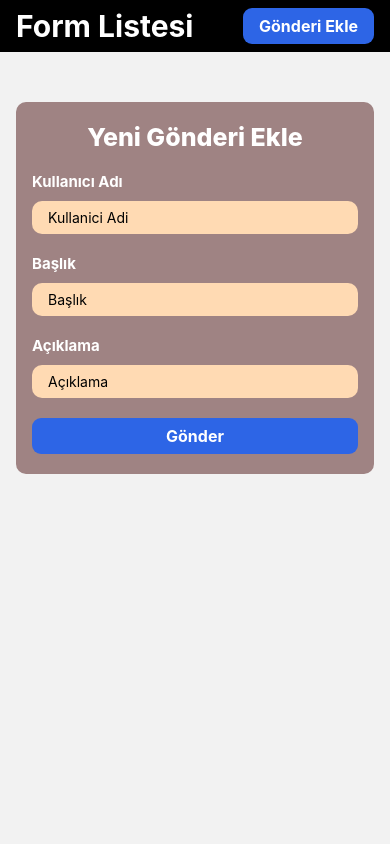
Repository: Kubraaygun/FirebaseRN
Screen: /
These files come from the project's save history. The screen is drawn as it stood at one moment and after the next save; the edit follows.
The app was drawn by React Native's web renderer in a window 390 px wide. The project was rebuilt for these pictures with package versions that can differ from the ones it lists, and the page was loaded fresh each time. Also part of the build but not shown: src/screens/ListPost/ListPostView.jsx, src/screens/ListPost/ListPostController.jsx.

Above is the screen before, as saved 2025-01-20 20:53:29.

After the next save:
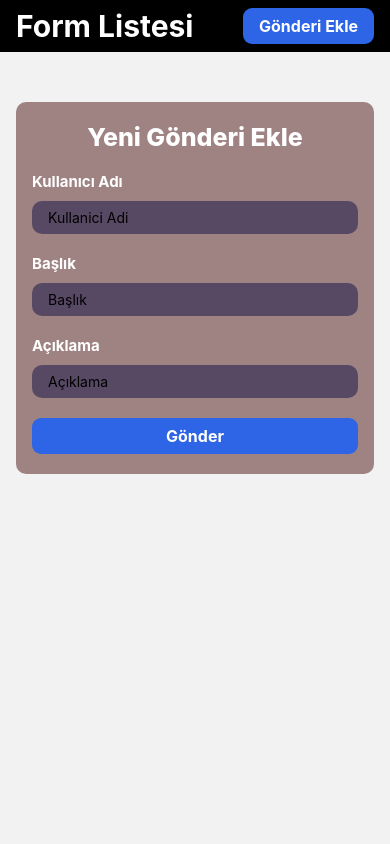
Saved 9 s later.
--- a/src/screens/AddPost/AddPostView.jsx
+++ b/src/screens/AddPost/AddPostView.jsx
@@ -65,7 +65,7 @@ const styles = StyleSheet.create({
     fontWeight: '700',
   },
   input: {
-    backgroundColor: '#FFDAB3',
+    backgroundColor: '#574964',
     paddingHorizontal: 16,
     paddingVertical: 8,
     borderRadius: 10,
